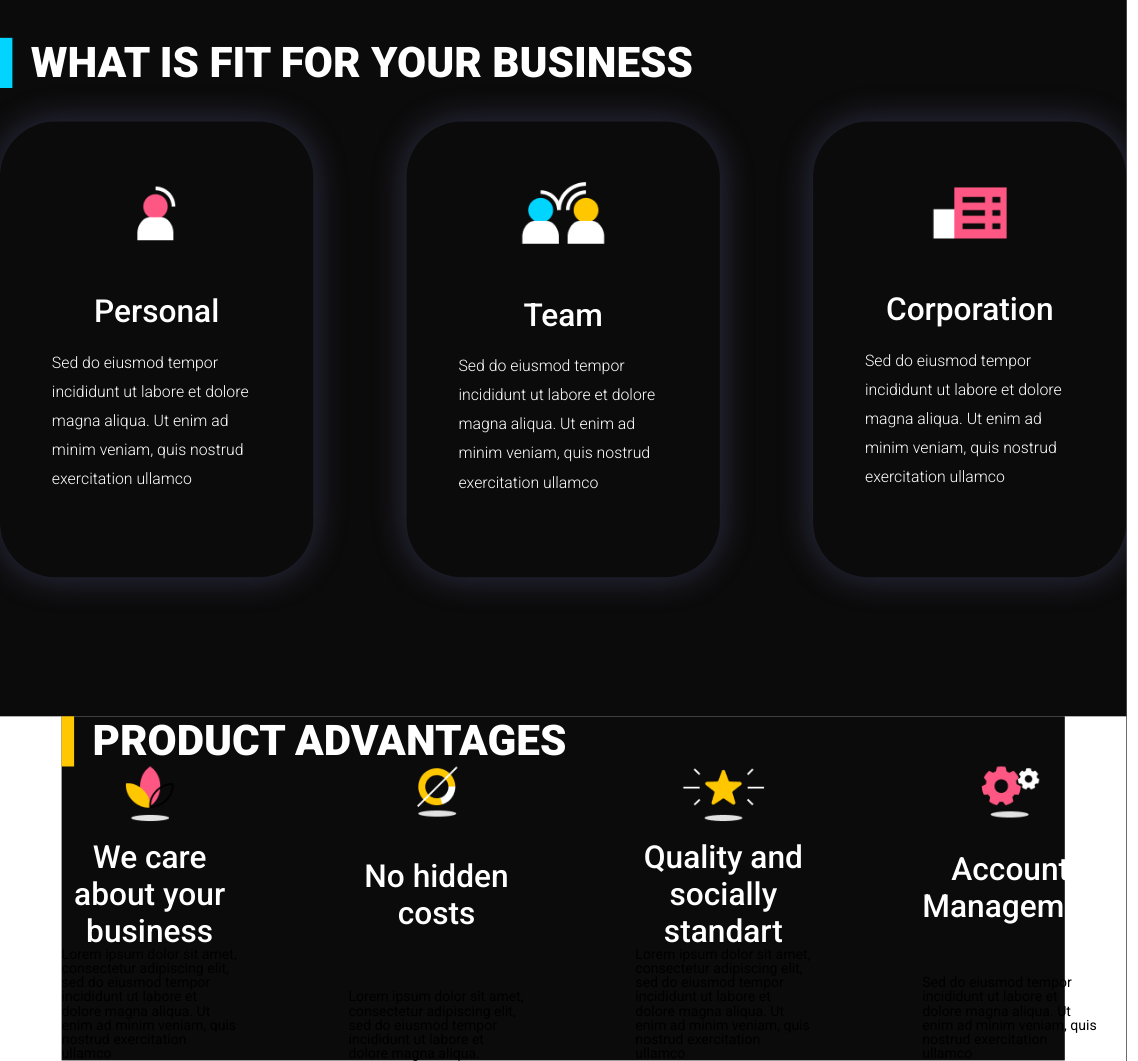
Repository: VetaWhale/team-site-test
Page: index.html
An editor plug-in stored every save of this project. The page is shown before and after a run of saves, followed by the edit.
The browser window is 1280 px wide. The page is 1280 px wide, then 1293 px, so the pictures cover 1293 px, including what lies to the right of the window. The pictures show the whole page, at 88% of full size.
Some web fonts or font styles are not loaded; a fallback is used.

Above is the page before, as saved 2023-04-24 14:31:03.

After the next 3 saves:
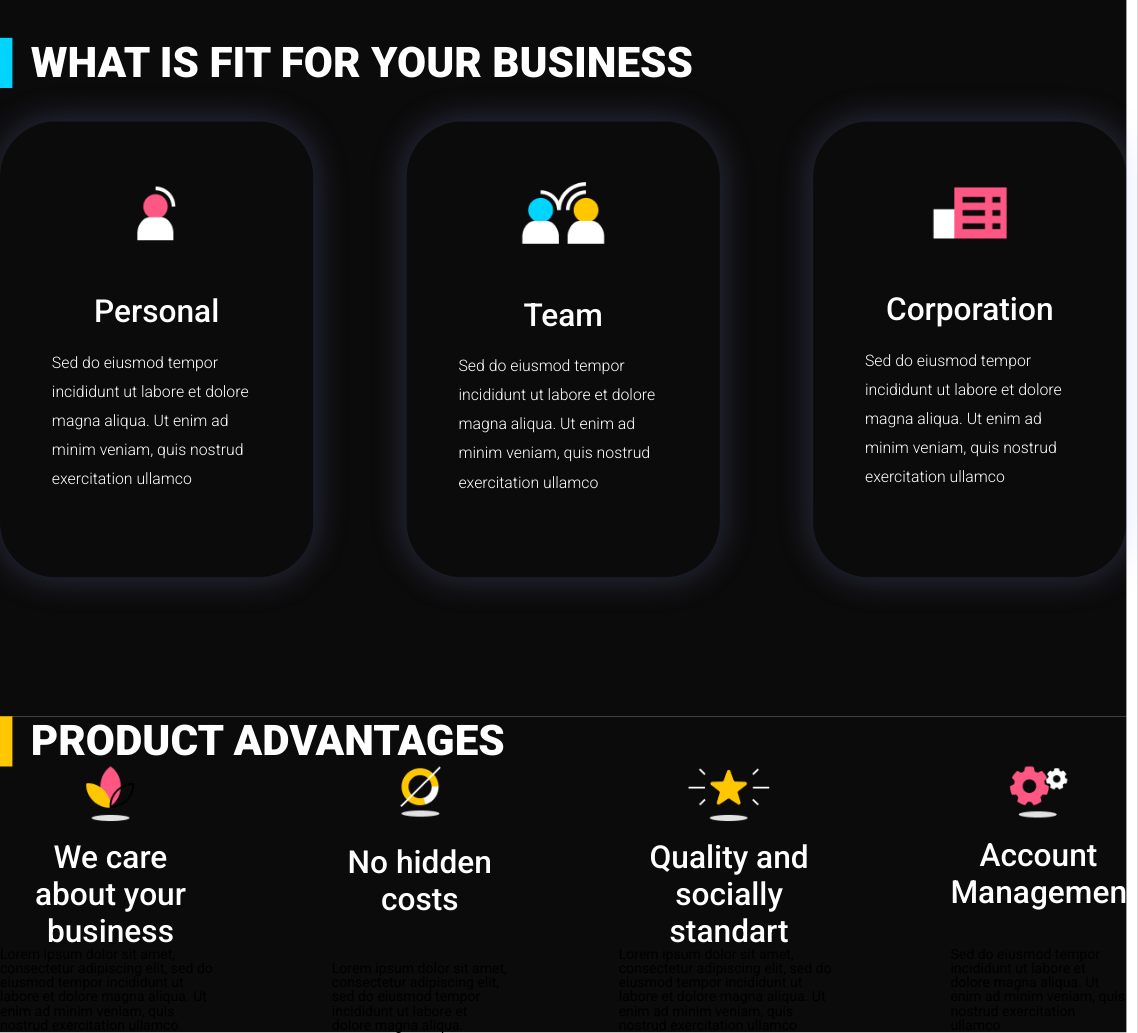
The 3 saves are shown as one change because they came seconds apart.
The last was saved 8 s later.
--- a/css/product.css
+++ b/css/product.css
@@ -1,13 +1,10 @@
 .product__section {
     width: 100%;
-    max-width: 1140px;
     background-color: #0C0B0B;
     margin: 0 auto;
 }
 
 .product__title {
-    width: 600px;
-    margin-left: 0;
     display: flex;
     font-weight: 900;
     font-size: 48px;
